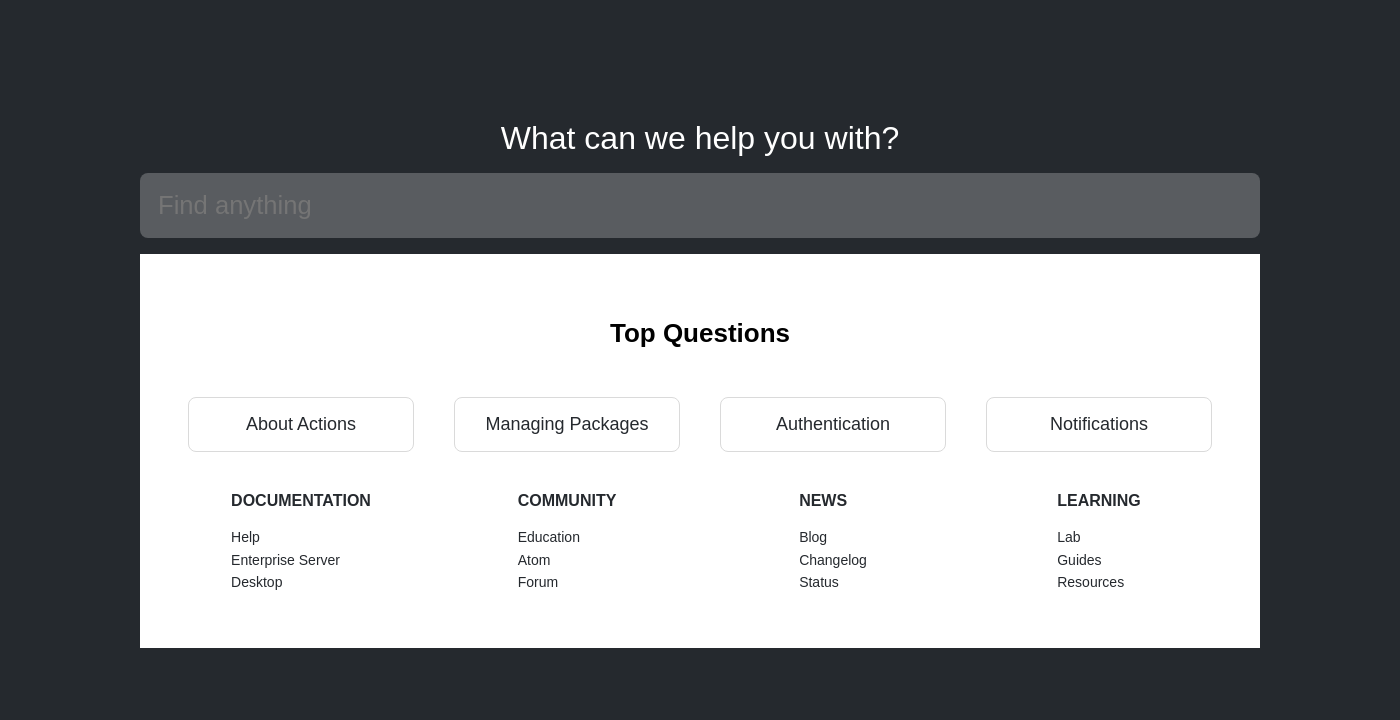
Repository: Hcmwebs/Help-Center-UI-
Page: index.html
The author's editor kept a copy of each file at every save. The page is drawn from the files as they stood at one save, then again after the next save.
The browser window is 1280 px wide. The page is 1400 px wide, so the pictures cover 1400 px, including what lies to the right of the window. The pictures show the whole page.
The style sheet was rebuilt from its Sass, Less or Tailwind sources for each picture, by a compiler version that may differ from the author's.

Above is the page before, as saved 2020-08-26 01:52:40.

After the next save:
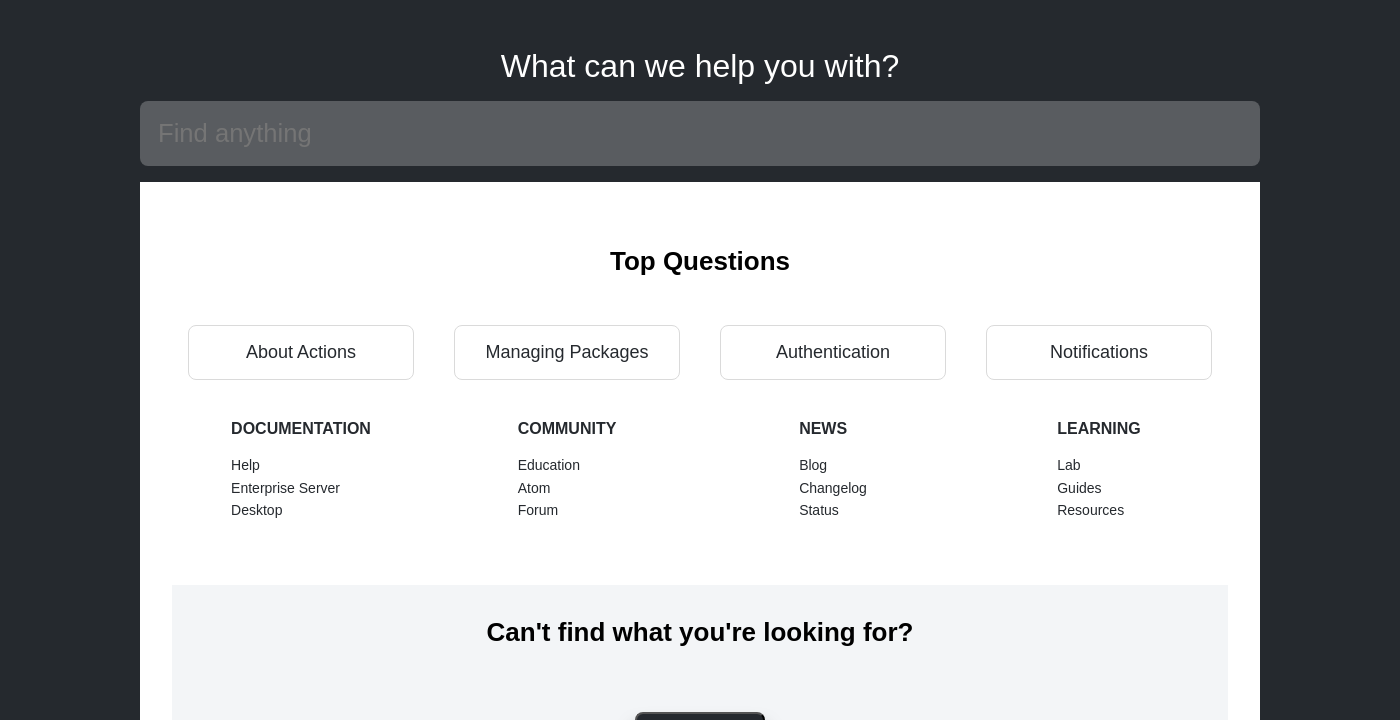
Saved 25 s later.
--- a/scss/styles.scss
+++ b/scss/styles.scss
@@ -148,7 +148,7 @@ header{
     .container{
         width: 1400px;
         max-width: 100%;
-        height: 80vh;
+        height: 100vh;
         overflow: hidden;
         padding: 3rem 0;
         display: grid;
